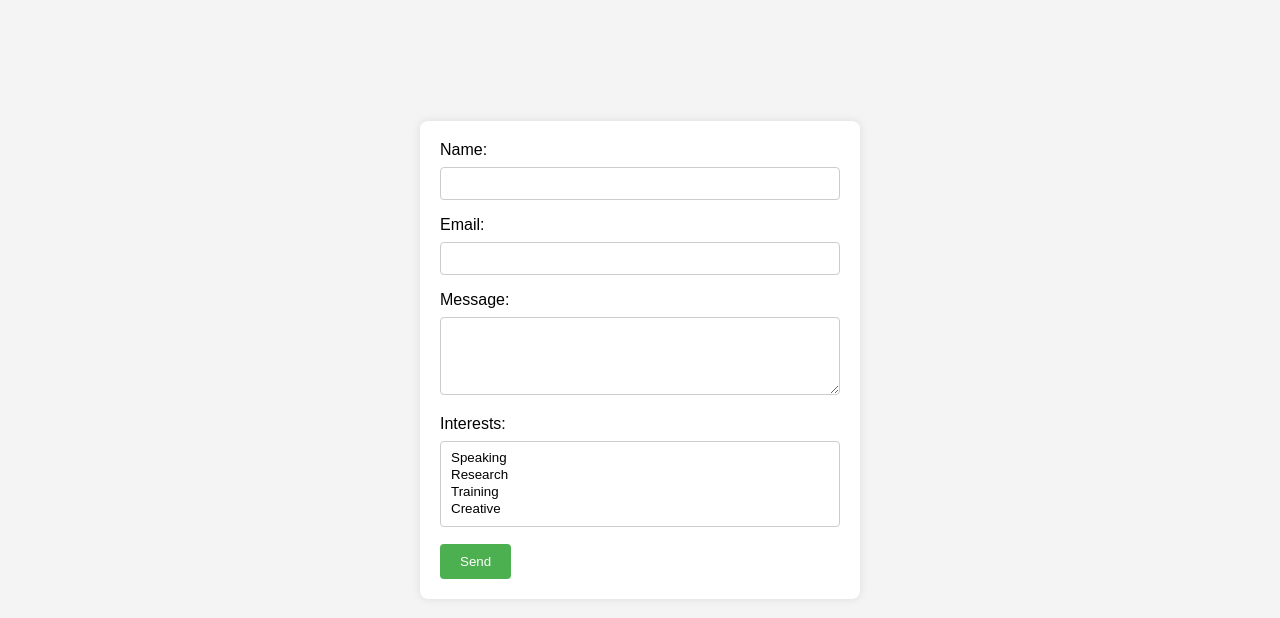
Repository: Ceasor7/Karin
Page: test.html
The author's editor kept a copy of each file at every save. The page is drawn from the files as they stood at one save, then again after the next save.
The browser window is 1280 px wide. The pictures show the whole page.

Above is the page before, as saved 2023-12-16 01:00:26.

After the next save:
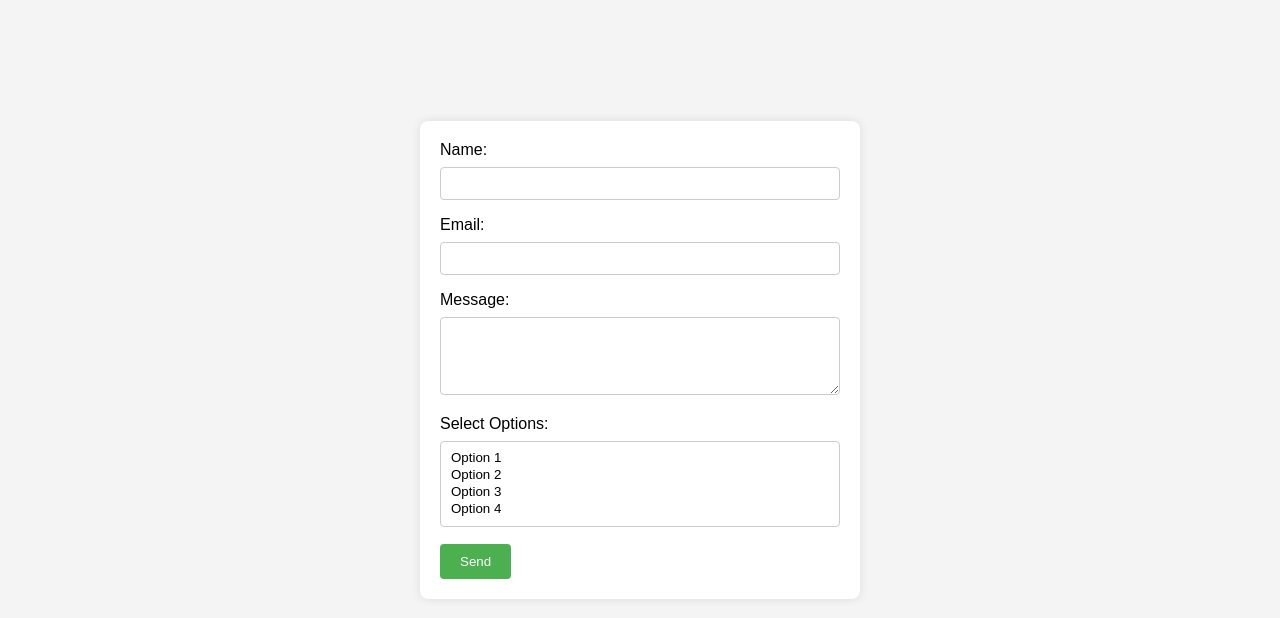
Saved 2 min 57 s later.
--- a/test.html
+++ b/test.html
@@ -69,12 +69,12 @@
         <label for="message">Message:</label>
         <textarea id="message" name="message" rows="4" required></textarea>
 
-        <label for="interests">Interests:</label>
-        <select id="interests" name="interests[]" multiple>
-            <option value="speaking">Speaking</option>
-            <option value="research">Research</option>
-            <option value="training">Training</option>
-            <option value="creative">Creative</option>
+        <label for="options">Select Options:</label>
+        <select id="options" name="options[]" multiple="multiple" required>
+            <option value="option1">Option 1</option>
+            <option value="option2">Option 2</option>
+            <option value="option3">Option 3</option>
+            <option value="option4">Option 4</option>
         </select>
 
         <button type="submit">Send</button>
